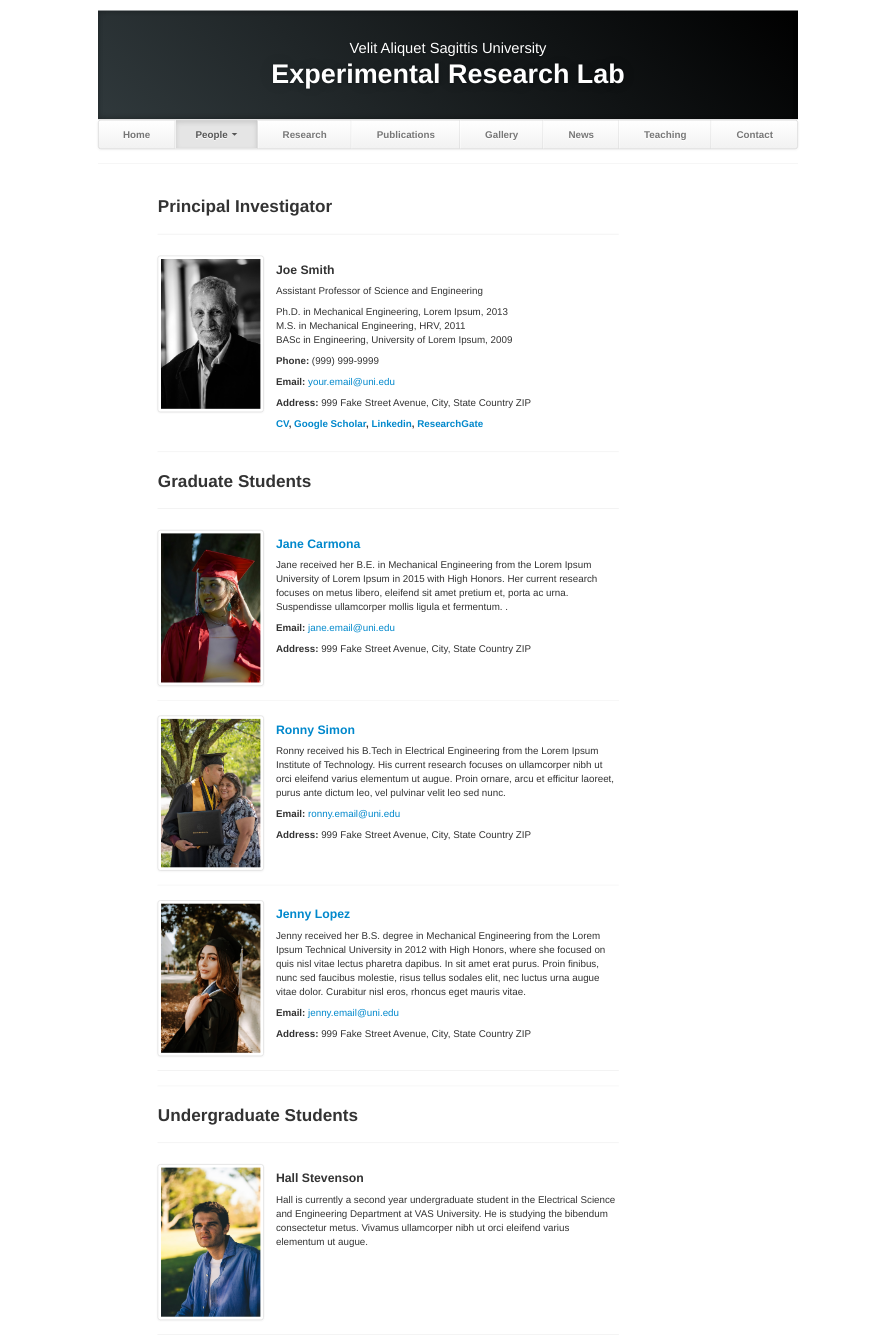
Repository: IAEUC/iaeuc.github.io
Page: people.html
The author's editor kept a copy of each file at every save. The page is drawn from the files as they stood at one save, then again after the next save.
The browser window is 1280 px wide. The pictures show the part of the page from y = 0 to 1920 px (the page is 3951 px tall before and 4611 px after), at 70% of full size.

Above is the page before, as saved 2025-08-07 17:40:02.

After the next save:
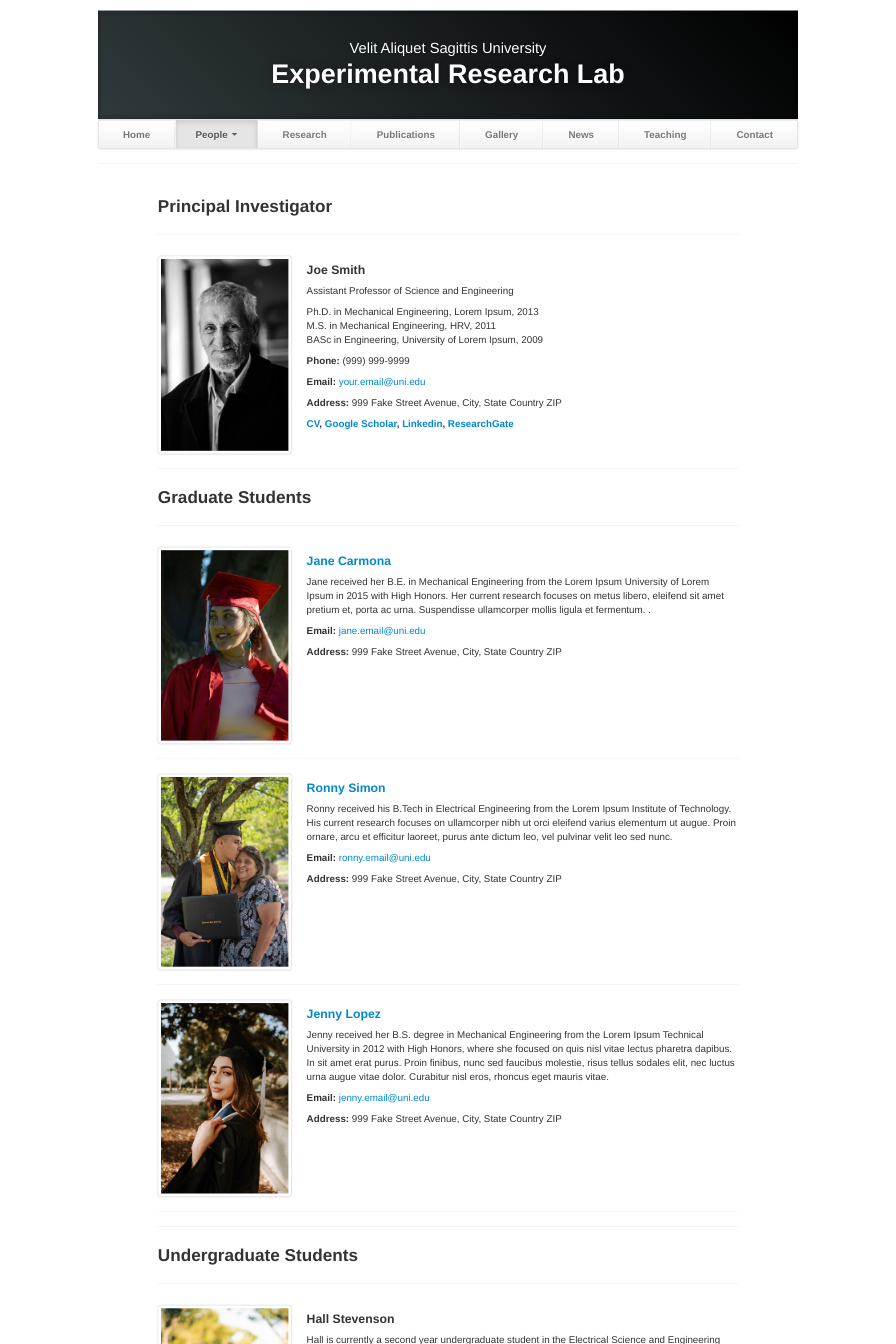
Saved 2 min 4 s later.
--- a/people.html
+++ b/people.html
@@ -46,7 +46,7 @@
          <hr>
          <div class="row-fluid">
 
-            <div class="span8 offset1">
+            <div class="span10 offset1">
                <section id="principalinvestigator">
                   <div class="page-header">
                      <h3>Principal Investigator</h3>
